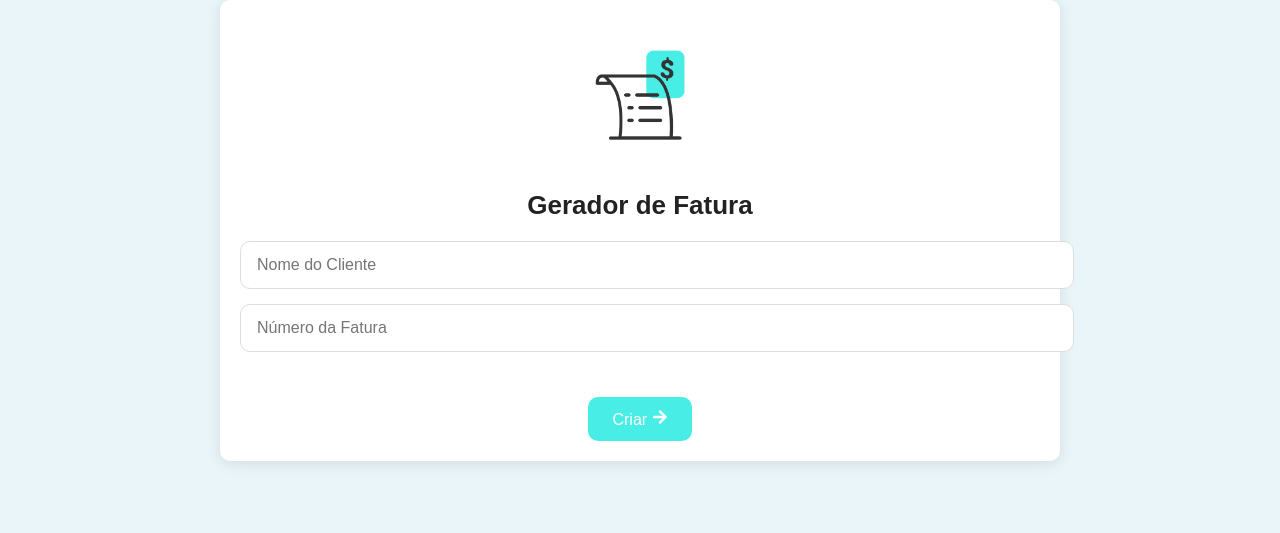
Repository: devthmedu/Invoice-Generator
Page: /
The author's editor kept a copy of each file at every save. The page is drawn from the files as they stood at one save, then again after the next save.
The browser window is 1280 px wide. The pictures show the whole page.
The project was rebuilt for these pictures with package versions that can differ from the ones it lists, and the page was loaded fresh each time. Also part of the build but not shown: vite.config.js, src/Componete/Template.jsx.

Above is the page before, as saved 2024-07-16 19:30:31.

### index.html
<!DOCTYPE html>
<html lang="pt-BR">

<head>
  <meta charset="UTF-8" />
  <meta name="viewport" content="width=device-width, initial-scale=1.0" />
  <meta name="description" content="Gere sua fatura de forma simples e rápida com nosso gerador de faturas em React." />
  <meta name="keywords" content="fatura, gerador de faturas, React, financeiro" />
  <meta name="author" content="Thomas Eduardo" />
  <link rel="stylesheet" href="./src/App.css">
  <link rel="icon" href="./public/logo.png" />
  <title>Gere sua Fatura</title>
</head>


<body>
  <div id="root"></div>
  <script type="module" src="./src/main.jsx"></script>
</body>

</html>

### src/App.css
body {
  font-family: 'Arial', sans-serif;
  background-color: #e9f5f9; /* Light background */
  margin: 0;
  padding: 0;
}

.container {
  max-width: 600px; /* Increased width for better usability */
  margin: 100px auto; /* Centering */
  padding: 40px;
  background: white; /* Card style */
  border-radius: 15px; /* Rounded corners */
  box-shadow: 0 4px 20px rgba(0, 0, 0, 0.15); /* Soft shadow */
}

.logo {
  display: block;
  margin: 0 auto 20px; /* Center the logo */
  max-width: 150px; /* Adjust logo size */
}

.title {
  text-align: center;
  color: #222; /* Dark text */
  font-size: 26px; /* Increased font size */
  margin-bottom: 20px; /* Space below title */
  font-weight: bold; /* Bold title */
}

.form {
  display: flex;
  flex-direction: column; /* Column layout for inputs */
}

.inputs {
  margin-bottom: 30px; /* More space below inputs */
}

.input-field {
  padding: 14px 16px; /* Increased padding for comfort */
  border: 1px solid #ddd; /* Light border */
  border-radius: 10px; /* Rounded corners */
  font-size: 16px; /* Font size */
  width: 100%; /* Full width */
  transition: border-color 0.3s; /* Smooth transition */
  margin-bottom: 15px; /* Space between inputs */
}

.input-field:focus {
  border-color: #48ede5; /* Highlight on focus */
  outline: none; /* Remove default outline */
}

.buttons {
  display: flex;
  justify-content: center; /* Center buttons */
}

.submit-button {
  background-color: #48ede5; /* Primary color */
  color: white; /* White text */
  border: none; /* No border */
  border-radius: 10px; /* Rounded corners */
  padding: 12px 24px; /* Padding */
  font-size: 16px; /* Font size */
  cursor: pointer; /* Pointer on hover */
  transition: background 0.3s, transform 0.3s; /* Smooth transition */
}

.submit-button:hover {
  background-color: #36b4d3; /* Darker on hover */
  transform: scale(1.05); /* Slight zoom effect */
}

.submit-button:disabled {
  background-color: #c0c0c0; /* Grey when disabled */
  cursor: not-allowed; /* Not allowed cursor */
}

### src/main.jsx
import React from 'react';
import ReactDOM from 'react-dom';
import App from './App';
import 'react-toastify/dist/ReactToastify.css';
import { ToastContainer } from 'react-toastify';

ReactDOM.render(
  <React.StrictMode>
    <ToastContainer />
    <App />
  </React.StrictMode>,
  document.getElementById('root'),
);

### src/App.jsx
import React, { useState, useEffect } from 'react';
import './App.css';
import TemplatePdf from './Componete/Template';
import { FaArrowRight } from 'react-icons/fa';
import { toast } from 'react-toastify';
import logo from '/logo.png';

function App() {
  const [numeroDaFatura, setNumeroDaFatura] = useState('');
  const [nomeCliente, setNomeCliente] = useState('');
  const [data, setData] = useState('');
  const [visualizar, setVisualizar] = useState(true);
  const [loading, setLoading] = useState(false);

  useEffect(() => {
    const atual = new Date();
    const dataFormatada = `${String(atual.getDate()).padStart(2, '0')}/${String(
      atual.getMonth() + 1,
    ).padStart(2, '0')}/${atual.getFullYear()}`;
    setData(dataFormatada);
  }, []);

  const criar = () => {
    if (!numeroDaFatura.match(/^[0-9]+$/)) {
      toast.error('Por favor, insira um número de fatura válido.');
      return;
    }
    if (!nomeCliente) {
      toast.error('Por favor, insira o nome do cliente.');
      return;
    }
    setLoading(true);
    setTimeout(() => {
      toast.success('Fatura criada com sucesso!');
      setLoading(false);
      setVisualizar(false);
    }, 500); // Simulando um delay para uma chamada de API
  };

  return (
    <>
      {visualizar ? (
        <div className="container">
          <img src={logo} alt="Logo" className="logo" />
          <h1 className="title">Gerador de Fatura</h1>
          <div className="form">
            <div className="inputs">
              <input
                type="text"
                placeholder="Nome do Cliente"
                value={nomeCliente}
                onChange={(e) => setNomeCliente(e.target.value)}
                disabled={loading} // Desabilita o input durante o carregamento
                className="input-field"
              />
              <input
                type="text"
                placeholder="Número da Fatura"
                value={numeroDaFatura}
                onChange={(e) => setNumeroDaFatura(e.target.value)}
                disabled={loading} // Desabilita o input durante o carregamento
                className="input-field"
              />
            </div>
            <div className="buttons">
              <button
                onClick={criar}
                disabled={loading}
                className="submit-button"
              >
                {loading ? 'Criando...' : 'Criar'} <FaArrowRight />
              </button>
            </div>
          </div>
        </div>
      ) : (
        <TemplatePdf
          NumeroDaFatura={numeroDaFatura}
          data={data}
          nomeCliente={nomeCliente}
        />
      )}
    </>
  );
}

export default App;

### src/Componete/Template.css
/* Container geral */
.container {
    max-width: 800px;
    margin: 0 auto;
    padding: 20px;
    background: #ffffff;
    border-radius: 10px;
    box-shadow: 0 2px 15px rgba(0, 0, 0, 0.1);
}

/* Logo */
.logo {
    text-align: center;
    margin-bottom: 20px;
}

.logo img {
    max-width: 100px;
}

/* Título */
h1 {
    text-align: center;
    color: #48ede5;
    font-size: 28px;
    margin-bottom: 20px;
}

/* Informações do cliente */
.client-info {
    margin-bottom: 20px;
    font-size: 16px;
    color: #333;
    padding: 10px;
    background-color: #f9f9f9;
    border-radius: 5px;
}

/* Método de pagamento */
.payment-method {
    margin-bottom: 20px;
}

.payment-method select {
    padding: 10px;
    border: 1px solid #ccc;
    border-radius: 5px;
    font-size: 16px;
}

/* Tabela */
.table {
    width: 100%;
    border-collapse: collapse;
    margin-top: 20px;
}

.table thead {
    background: #48ede5;
    color: #ffffff;
}

.table th, .table td {
    padding: 12px;
    text-align: left;
    border-bottom: 1px solid #ddd;
}

.table tbody tr:hover {
    background: #f1f1f1;
}

/* Notas */
.notes {
    margin-top: 20px;
    color: #333;
}

.notes strong {
    display: block;
    margin-bottom: 5px;
    font-weight: bold;
}

/* Botões */
.button-group {
    margin-top: 20px;
    display: flex;
    justify-content: space-between;
}

.print-button, .add-button, .remove-button {
    padding: 10px 15px;
    background: #48ede5;
    color: white;
    border: none;
    border-radius: 5px;
    cursor: pointer;
    transition: background 0.3s ease;
}

.print-button:hover, .add-button:hover, .remove-button:hover {
    background: #36b4d3;
}

/* Título do diálogo */
.dialog-title {
    display: flex;
    justify-content: space-between;
    align-items: center;
}

.dialog-title .hed {
    font-size: 1.5em;
    font-weight: bold;
    color: #48ede5;
}

/* Formulários */
.forms {
    display: flex;
    flex-direction: column;
}

.forms input {
    width: 100%;
    padding: 10px;
    margin: 5px 0;
    border: 1px solid #ccc;
    border-radius: 5px;
    transition: border-color 0.3s;
}

.forms input:focus {
    border-color: #48ede5;
    outline: none;
}

/* Ícones nos produtos */
.table td:first-child {
    display: flex;
    align-items: center;
}

.table td:first-child svg {
    margin-right: 8px; /* Espaçamento entre ícone e texto */
}

/* Estilo de remover produto */
.remove-button {
    background: transparent;
    color: #e74c3c; /* Cor do ícone de remover */
    border: none;
    cursor: pointer;
    display: flex;
    align-items: center;
}

.remove-button:hover {
    color: #c0392b; /* Cor ao passar o mouse */
}

After the next save:
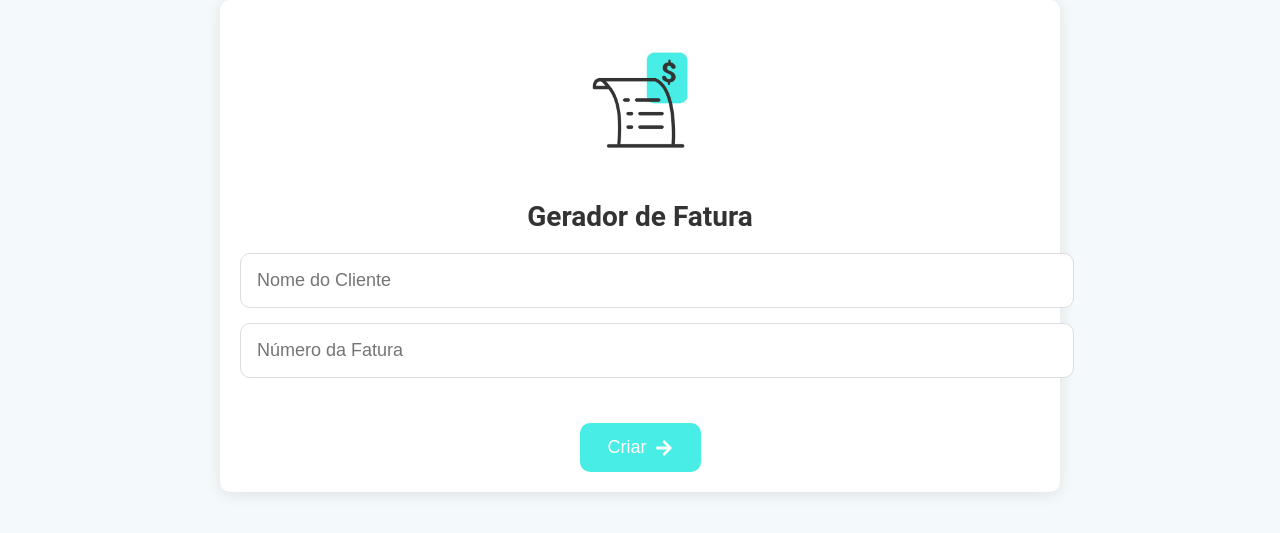
Saved 60 s later.
--- a/src/App.css
+++ b/src/App.css
@@ -1,6 +1,6 @@
 body {
-  font-family: 'Arial', sans-serif;
-  background-color: #e9f5f9; /* Light background */
+  font-family: 'Roboto', sans-serif; /* Modern font */
+  background-color: #f4f9fc; /* Softer background */
   margin: 0;
   padding: 0;
 }
@@ -8,24 +8,29 @@ body {
 .container {
   max-width: 600px; /* Increased width for better usability */
   margin: 100px auto; /* Centering */
-  padding: 40px;
+  padding: 40px 30px; /* Added padding */
   background: white; /* Card style */
-  border-radius: 15px; /* Rounded corners */
-  box-shadow: 0 4px 20px rgba(0, 0, 0, 0.15); /* Soft shadow */
+  border-radius: 20px; /* More pronounced rounded corners */
+  box-shadow: 0 8px 30px rgba(0, 0, 0, 0.2); /* Deeper shadow for a floating effect */
+  transition: transform 0.3s; /* Smooth scaling */
+}
+
+.container:hover {
+  transform: translateY(-5px); /* Lift effect on hover */
 }
 
 .logo {
   display: block;
   margin: 0 auto 20px; /* Center the logo */
-  max-width: 150px; /* Adjust logo size */
+  max-width: 160px; /* Adjust logo size */
 }
 
 .title {
   text-align: center;
-  color: #222; /* Dark text */
-  font-size: 26px; /* Increased font size */
+  color: #333; /* Darker text */
+  font-size: 28px; /* Increased font size */
   margin-bottom: 20px; /* Space below title */
-  font-weight: bold; /* Bold title */
+  font-weight: 700; /* Bold title */
 }
 
 .form {
@@ -38,18 +43,19 @@ body {
 }
 
 .input-field {
-  padding: 14px 16px; /* Increased padding for comfort */
+  padding: 16px; /* Increased padding for comfort */
   border: 1px solid #ddd; /* Light border */
   border-radius: 10px; /* Rounded corners */
-  font-size: 16px; /* Font size */
+  font-size: 18px; /* Larger font size */
   width: 100%; /* Full width */
-  transition: border-color 0.3s; /* Smooth transition */
+  transition: border-color 0.3s, box-shadow 0.3s; /* Smooth transition */
   margin-bottom: 15px; /* Space between inputs */
 }
 
 .input-field:focus {
   border-color: #48ede5; /* Highlight on focus */
   outline: none; /* Remove default outline */
+  box-shadow: 0 0 5px rgba(72, 237, 229, 0.5); /* Glow effect */
 }
 
 .buttons {
@@ -62,10 +68,12 @@ body {
   color: white; /* White text */
   border: none; /* No border */
   border-radius: 10px; /* Rounded corners */
-  padding: 12px 24px; /* Padding */
-  font-size: 16px; /* Font size */
+  padding: 14px 28px; /* Padding */
+  font-size: 18px; /* Larger font size */
   cursor: pointer; /* Pointer on hover */
   transition: background 0.3s, transform 0.3s; /* Smooth transition */
+  display: flex; /* Flex to align icon */
+  align-items: center; /* Center icon vertically */
 }
 
 .submit-button:hover {
@@ -77,3 +85,7 @@ body {
   background-color: #c0c0c0; /* Grey when disabled */
   cursor: not-allowed; /* Not allowed cursor */
 }
+
+.submit-button svg {
+  margin-left: 8px; /* Space between text and icon */
+}
